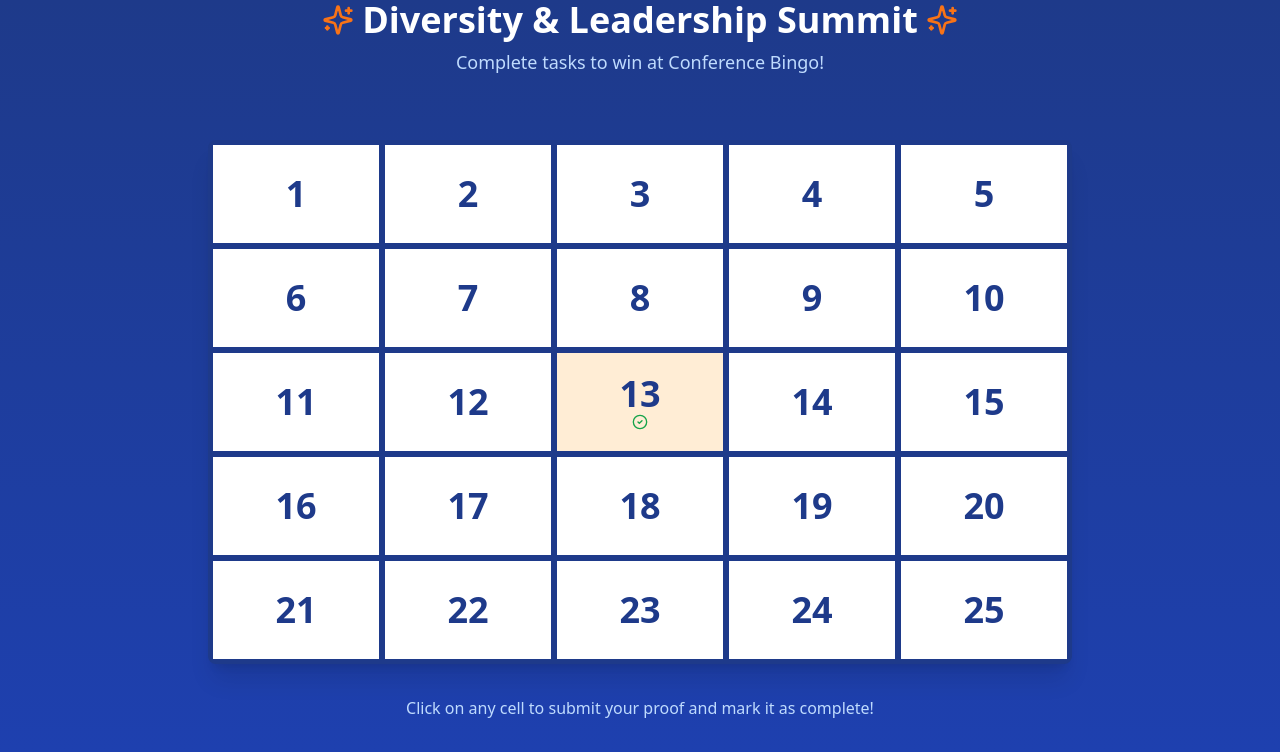
Repository: RutujaPRane/ecs_dls_bingo
Page: /
These files come from the project's save history. The page is drawn as it stood at one moment and after the next save; the edit follows.
The browser window is 1280 px wide. The pictures show the whole page.
The project was rebuilt for these pictures with package versions that can differ from the ones it lists, and the page was loaded fresh each time. Also part of the build but not shown: vite.config.ts.

Above is the page before, as saved 2025-02-08 21:38:13.

### src/App.tsx
import React from 'react';
import BingoHeader from './components/BingoHeader';
import BingoBoard from './components/BingoBoard';

import { Sparkles } from 'lucide-react';

function App() {
  return (
    // This page is a simple layout that controls the UI of the web app

    <div className="min-h-screen bg-gradient-to-b from-blue-900 to-blue-800">
      <BingoHeader />

      <div className="container mx-auto px-4 py-8">

        <section>
          {/* This is the BingoBoard component*/}
          <BingoBoard />
        </section>



        {/* This is the footer you can add more styling here if you want  */}
        <footer className="mt-8 text-center text-blue-200">
          <p>Click on any cell to submit your proof and mark it as complete!</p>
        </footer>
      </div>
    </div>
  );
}

export default App;

### src/components/BingoHeader.tsx


import React from "react";
import { Sparkles } from 'lucide-react';


const BingoHeader = () => {
    return (
        <>
           {/* This is the header you can add more styling here if you want  */}
    <header className="text-center mb-8">
         <h1 className="text-4xl font-bold text-white mb-2 flex items-center justify-center gap-2">
           <Sparkles className="w-8 h-8 text-orange-500" />
           Diversity & Leadership Summit
           <Sparkles className="w-8 h-8 text-orange-500" />
         </h1>
         <p className="text-blue-200 text-lg">
           Complete tasks to win at Conference Bingo!
         </p>
       </header>
        </>

    )
}

export default BingoHeader;

### src/components/BingoBoard.tsx
// this is the bingo card component
import React, { useState, useEffect } from 'react';
import { BingoTask, CompletedTask, BingoLine } from '../types';
import { bingoTasks } from '../data/tasks';
import { Upload, Camera, Type, Image, CheckCircle2, XCircle, Clock } from 'lucide-react';


interface BingoCellProps {
  task: BingoTask;
  isSelected: boolean;
  onSubmitProof: (proof: string) => void;
  index: number;
  completedTask?: CompletedTask;
  isPartOfBingo: boolean;
}

const BingoCell: React.FC<BingoCellProps> = ({
  task,
  isSelected,
  onSubmitProof,
  index,
  completedTask,
  isPartOfBingo
}) => {
  const [isModalOpen, setIsModalOpen] = useState(false);
  const [isHovered, setIsHovered] = useState(false);
  const [proof, setProof] = useState<string>('');

  const handleSubmitProof = () => {
    if (proof) {
      onSubmitProof(proof);
      setIsModalOpen(false);
      setProof('');
    }
  };

  const getProofIcon = () => {
    switch (task.proofType) {
      case 'photo':
        return <Camera className="w-3 h-3 sm:w-4 sm:h-4" />;
      case 'text':
        return <Type className="w-3 h-3 sm:w-4 sm:h-4" />;
      case 'screenshot':
        return <Image className="w-3 h-3 sm:w-4 sm:h-4" />;
      default:
        return null;
    }
  };

  const getStatusColor = () => {
    if (!completedTask) return 'bg-white';
    switch (completedTask.status) {
      case 'approved':
        return isPartOfBingo ? 'bg-orange-400' : 'bg-orange-100';
      case 'pending':
        return 'bg-yellow-50';
      case 'rejected':
        return 'bg-red-50';
      default:
        return 'bg-white';
    }
  };

  const getStatusIcon = () => {
    if (!completedTask) return null;
    switch (completedTask.status) {
      case 'approved':
        return <CheckCircle2 className="w-4 h-4 text-green-600" />;
      case 'pending':
        return <Clock className="w-4 h-4 text-yellow-600" />;
      case 'rejected':
        return <XCircle className="w-4 h-4 text-red-600" />;
      default:
        return null;
    }
  };

  return (
    <>
      <div
        onClick={() => !completedTask && setIsModalOpen(true)}
        onMouseEnter={() => setIsHovered(true)}
        onMouseLeave={() => setIsHovered(false)}
        className={`relative p-1 sm:p-2 md:p-3 border border-blue-900 ${getStatusColor()}
          hover:bg-blue-50 cursor-pointer transition-all min-h-[60px] sm:min-h-[80px]
          md:min-h-[100px] flex items-center justify-center group`}
      >
        {!isHovered ? (
          <div className="flex flex-col items-center">
            <span className="text-2xl sm:text-3xl md:text-4xl font-bold text-blue-900">
              {index + 1}
            </span>
            {getStatusIcon()}
          </div>
        ) : (
          <>
            <div className="absolute top-1 right-1">{getProofIcon()}</div>
            <p className="text-[10px] sm:text-xs md:text-sm font-medium text-blue-900 text-center px-1">
              {task.task}
            </p>
          </>
        )}
      </div>

      {isModalOpen && (
        <div className="fixed inset-0 bg-black bg-opacity-50 flex items-center justify-center p-4 z-50">
          <div className="bg-white rounded-lg p-4 sm:p-6 max-w-md w-full mx-4">
            <div className="flex justify-between items-center mb-4">
              <h3 className="text-lg sm:text-xl font-bold text-blue-900">Task #{index + 1}</h3>
              <div className="text-sm text-blue-600">{task.task}</div>
            </div>
            <p className="text-gray-600 mb-4 text-sm sm:text-base">{task.description}</p>

            {task.proofType === 'photo' && (
              <div className="mb-4">
                <label className="block text-sm font-medium text-gray-700 mb-2">
                  Upload Photo
                </label>
                <input
                  type="file"
                  accept="image/*"
                  onChange={(e) => setProof(e.target.files?.[0]?.name || '')}
                  className="w-full text-sm"
                />
              </div>
            )}

            {(task.proofType === 'text' || task.proofType === 'screenshot') && (
              <div className="mb-4">
                <label className="block text-sm font-medium text-gray-700 mb-2">
                  {task.proofType === 'text' ? 'Your Answer' : 'Upload Screenshot'}
                </label>
                {task.proofType === 'text' ? (
                  <textarea
                    value={proof}
                    onChange={(e) => setProof(e.target.value)}
                    className="w-full p-2 border rounded text-sm"
                    rows={3}
                  />
                ) : (
                  <input
                    type="file"
                    accept="image/*"
                    onChange={(e) => setProof(e.target.files?.[0]?.name || '')}
                    className="w-full text-sm"
                  />
                )}
              </div>
            )}

            <div className="flex justify-end gap-2">
              <button
                onClick={() => setIsModalOpen(false)}
                className="px-3 py-1.5 sm:px-4 sm:py-2 text-sm text-gray-600 hover:bg-gray-100 rounded"
              >
                Cancel
              </button>
              <button
                onClick={handleSubmitProof}
                disabled={!proof}
                className={`px-3 py-1.5 sm:px-4 sm:py-2 text-sm bg-orange-500 text-white rounded
                  hover:bg-orange-600 disabled:opacity-50 disabled:cursor-not-allowed`}
              >
                Submit
              </button>
            </div>
          </div>
        </div>
      )}
    </>
  );
};

const BingoBoard: React.FC = () => {
  const [board, setBoard] = useState<BingoTask[]>([]);
  const [completedTasks, setCompletedTasks] = useState<CompletedTask[]>([]);
  const [bingoLines, setBingoLines] = useState<BingoLine[]>([]);

  useEffect(() => {
    const shuffledTasks = [...bingoTasks]
      .sort(() => Math.random() - 0.5)
      .slice(0, 24);

    // Insert free space in the middle
    const withFreeSpace = [
      ...shuffledTasks.slice(0, 12),
      {
        id: -1,
        task: "FREE SPACE",
        proofType: "text",
        description: "Free space - already completed!",
        completed: true
      },
      ...shuffledTasks.slice(12)
    ];

    setBoard(withFreeSpace);
    setCompletedTasks([{
      taskId: -1,
      proof: "Free space",
      timestamp: Date.now(),
      status: 'approved'
    }]);
  }, []);

  const checkForBingo = () => {
    const approvedTasks = completedTasks.filter(task => task.status === 'approved');
    const approvedIndices = new Set(
      approvedTasks.map(task => board.findIndex(t => t.id === task.taskId))
    );

    const newBingoLines: BingoLine[] = [];

    // Check rows
    for (let i = 0; i < 5; i++) {
      const rowStart = i * 5;
      if ([0, 1, 2, 3, 4].every(j => approvedIndices.has(rowStart + j))) {
        newBingoLines.push({ type: 'row', index: i });
      }
    }

    // Check columns
    for (let i = 0; i < 5; i++) {
      if ([0, 1, 2, 3, 4].every(j => approvedIndices.has(i + j * 5))) {
        newBingoLines.push({ type: 'column', index: i });
      }
    }

    // Check diagonals
    if ([0, 6, 12, 18, 24].every(i => approvedIndices.has(i))) {
      newBingoLines.push({ type: 'diagonal', direction: 'left' });
    }
    if ([4, 8, 12, 16, 20].every(i => approvedIndices.has(i))) {
      newBingoLines.push({ type: 'diagonal', direction: 'right' });
    }

    setBingoLines(newBingoLines);
  };

  useEffect(() => {
    checkForBingo();
  }, [completedTasks]);

  const handleSubmitProof = (index: number, proof: string) => {
    const task = board[index];
    setCompletedTasks(prev => [
      ...prev,
      {
        taskId: task.id,
        proof,
        timestamp: Date.now(),
        status: 'approved' // In a real app, this would be 'pending' until reviewed
      }
    ]);
  };

  const isPartOfBingo = (index: number): boolean => {
    return bingoLines.some(line => {
      if (line.type === 'row') {
        const rowStart = line.index! * 5;
        return index >= rowStart && index < rowStart + 5;
      }
      if (line.type === 'column') {
        return index % 5 === line.index;
      }
      if (line.type === 'diagonal') {
        if (line.direction === 'left') {
          return index % 6 === 0;
        }
        return index % 4 === 0 && index > 0 && index < 24;
      }
      return false;
    });
  };

  return (
    <div className="w-full max-w-4xl mx-auto px-2 sm:px-4">
      <div className="grid grid-cols-5 gap-0.5 sm:gap-1 bg-blue-900 p-0.5 sm:p-1 rounded-lg shadow-xl">
        {board.map((task, index) => (
          <BingoCell
            key={task.id}
            task={task}
            isSelected={completedTasks.some(t => t.taskId === task.id)}
            onSubmitProof={(proof) => handleSubmitProof(index, proof)}
            index={index}
            completedTask={completedTasks.find(t => t.taskId === task.id)}
            isPartOfBingo={isPartOfBingo(index)}
          />
        ))}
      </div>
      {bingoLines.length > 0 && (
        <div className="mt-4 p-4 bg-orange-100 rounded-lg text-center">
          <h3 className="text-xl font-bold text-orange-600">
            BINGO! {bingoLines.length > 1 ? `(${bingoLines.length} lines)` : ''}
          </h3>
        </div>
      )}
    </div>
  );
}

export default BingoBoard;

### src/data/tasks.ts

// this contains the data for the task that will be assigned at random
export const bingoTasks = [
  {
    id: 1,
    task: "Introduce yourself to someone new",
    proofType: "photo",
    description: "Submit a selfie of you and the person",
    completed: false
  },
  {
    id: 2,
    task: "Find someone from a different major",
    proofType: "text",
    description: "Submit their name and their major",
    completed: false
  },
  {
    id: 3,
    task: "Attend a workshop",
    proofType: "photo",
    description: "Submit a picture of you in the workshop room",
    completed: false
  },
  {
    id: 4,
    task: "Find someone wearing the same color",
    proofType: "photo",
    description: "Submit a selfie with your color twin",
    completed: false
  },
  {
    id: 5,
    task: "Follow ECS Diversity Summit socials",
    proofType: "screenshot",
    description: "Submit screenshot proof",
    completed: false
  },
  {
    id: 6,
    task: "Visit the career fair booth",
    proofType: "photo",
    description: "Take a photo at any company booth",
    completed: false
  },
  {
    id: 7,
    task: "Collect 3 business cards",
    proofType: "photo",
    description: "Photo of the collected cards",
    completed: false
  },
  {
    id: 8,
    task: "Ask a speaker a question",
    proofType: "text",
    description: "Write down your question and the speaker's name",
    completed: false
  },
  {
    id: 9,
    task: "Find an alumni",
    proofType: "text",
    description: "Submit their name and graduation year",
    completed: false
  },
  {
    id: 10,
    task: "Attend a networking session",
    proofType: "photo",
    description: "Photo of you at the networking event",
    completed: false
  },
  {
    id: 11,
    task: "Share on LinkedIn",
    proofType: "screenshot",
    description: "Screenshot of your LinkedIn post",
    completed: false
  },
  {
    id: 12,
    task: "Join a student organization",
    proofType: "photo",
    description: "Photo with organization members",
    completed: false
  },
  {
    id: 13,
    task: "Find a mentor",
    proofType: "text",
    description: "Submit their name and role",
    completed: false
  },
  {
    id: 14,
    task: "Learn about research opportunities",
    proofType: "text",
    description: "Write the research topic",
    completed: false
  },
  {
    id: 15,
    task: "Exchange contact info",
    proofType: "screenshot",
    description: "Screenshot of exchanged details",
    completed: false
  },
  {
    id: 16,
    task: "Attend a panel discussion",
    proofType: "photo",
    description: "Photo of the panel",
    completed: false
  },
  {
    id: 17,
    task: "Find someone from your hometown",
    proofType: "text",
    description: "Submit their name and hometown",
    completed: false
  },
  {
    id: 18,
    task: "Learn about an internship",
    proofType: "text",
    description: "Write company and position",
    completed: false
  },
  {
    id: 19,
    task: "Take a group photo",
    proofType: "photo",
    description: "Submit a group photo",
    completed: false
  },
  {
    id: 20,
    task: "Visit the tech showcase",
    proofType: "photo",
    description: "Photo of an interesting project",
    completed: false
  },
  {
    id: 21,
    task: "Learn a new technology",
    proofType: "text",
    description: "Write what you learned",
    completed: false
  },
  {
    id: 22,
    task: "Meet someone from industry",
    proofType: "text",
    description: "Submit their name and company",
    completed: false
  },
  {
    id: 23,
    task: "Attend the opening ceremony",
    proofType: "photo",
    description: "Photo from the ceremony",
    completed: false
  },
  {
    id: 24,
    task: "Get career advice",
    proofType: "text",
    description: "Write down the key advice",
    completed: false
  }
];

Loaded but not shown: index.html (common file); src/main.tsx (common file); src/index.css (common file); tailwind.config.js (common file)

After the next save:
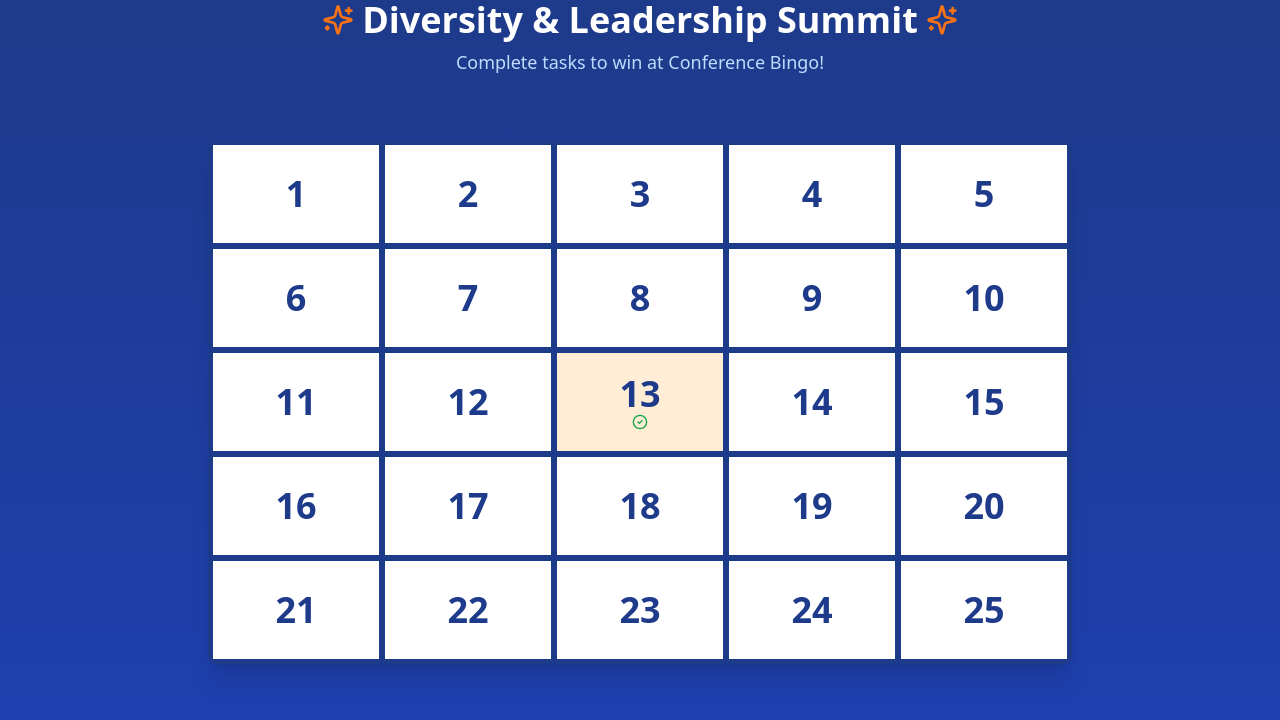
Saved 5 s later.
--- a/src/App.tsx
+++ b/src/App.tsx
@@ -21,9 +21,7 @@ function App() {
 
 
         {/* This is the footer you can add more styling here if you want  */}
-        <footer className="mt-8 text-center text-blue-200">
-          <p>Click on any cell to submit your proof and mark it as complete!</p>
-        </footer>
+
       </div>
     </div>
   );
